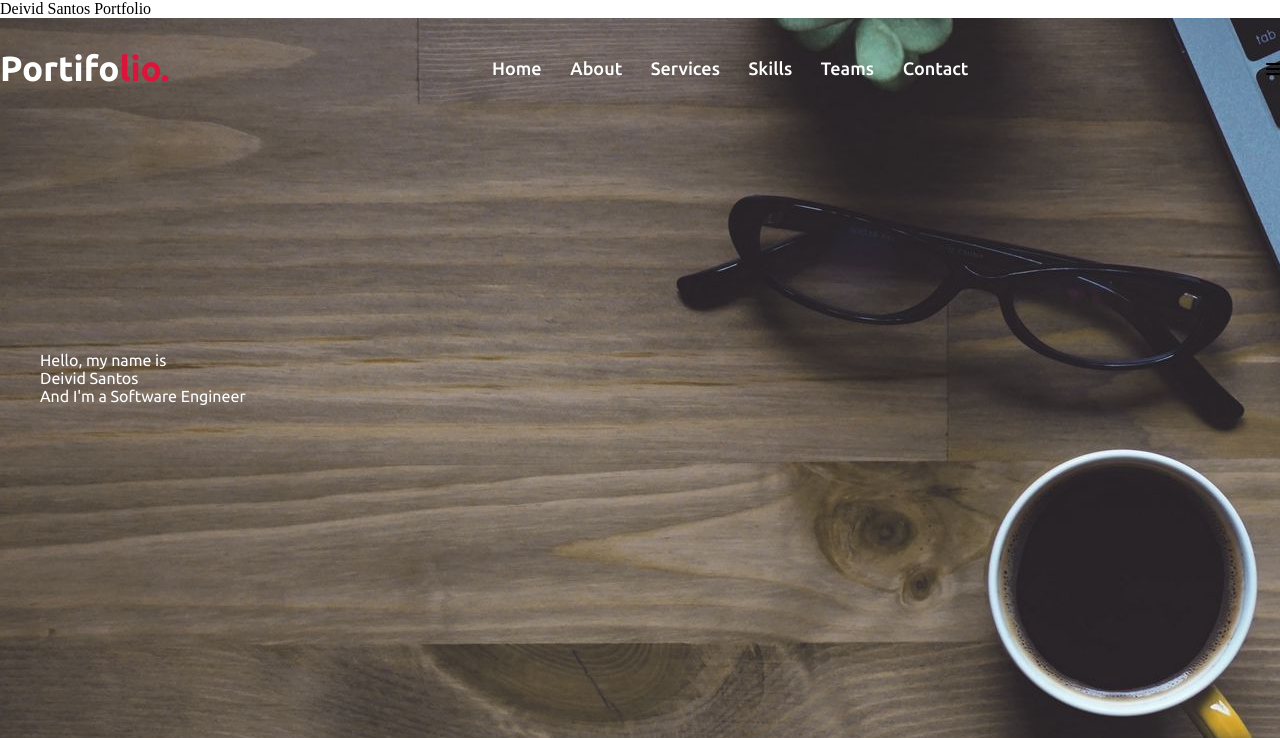
Repository: deividwsantoss/portfolio
Page: index.html
An editor plug-in stored every save of this project. The page is shown before and after the next save, followed by the edit.
The browser window is 1280 px wide. The pictures show the whole page.
Some web libraries are served in a nearby version.

Above is the page before, as saved 2021-03-01 20:20:16.

After the next save:
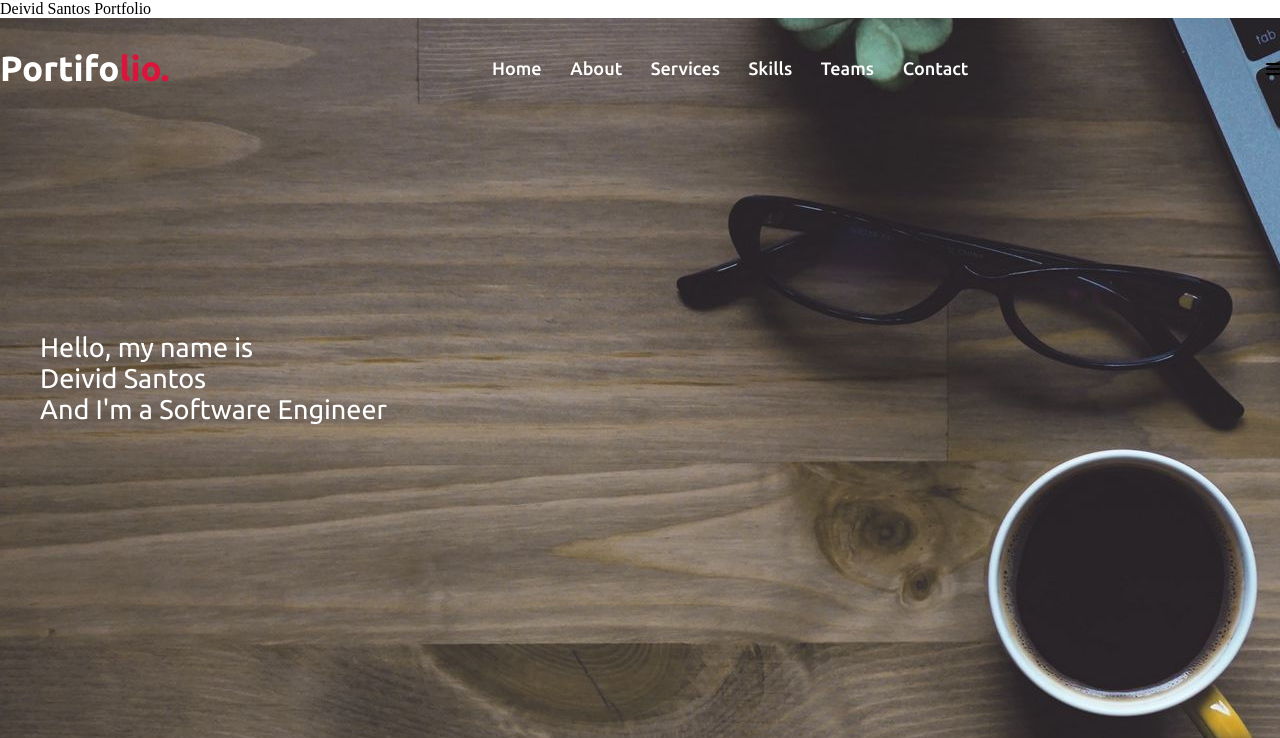
Saved 57 s later.
--- a/Content/style.css
+++ b/Content/style.css
@@ -67,3 +67,7 @@
 .home .max-width{
     margin: auto 0 auto 40px;
 }
+.home .home-content .text-1{
+
+    font-size:  27px;
+}
